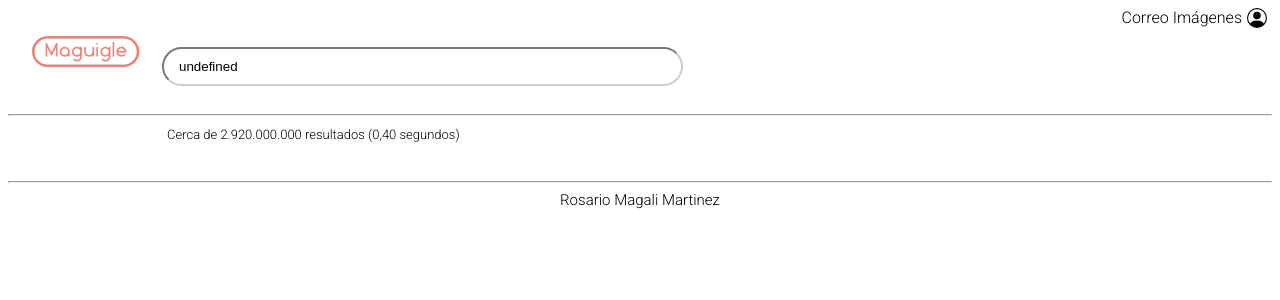
Repository: Rmmartinez/maguigle
Page: maguigle/src/main/resources/static/resultados.html
The author's editor kept a copy of each file at every save. The page is drawn from the files as they stood at one save, then again after the next save.
The browser window is 1280 px wide. The pictures show the whole page.
The page's requests for data from a server got no answer.

Above is the page before, as saved 2023-07-30 20:07:45.

After the next save:
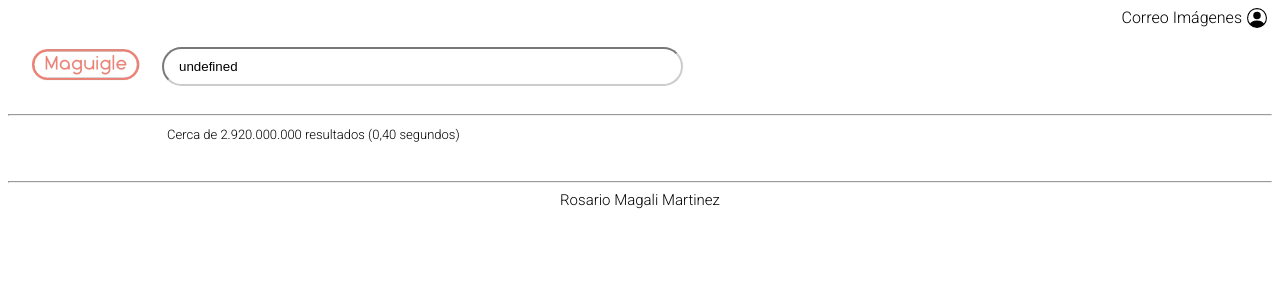
Saved 85 s later.
--- a/maguigle/src/main/resources/static/style.css
+++ b/maguigle/src/main/resources/static/style.css
@@ -23,7 +23,7 @@
     width:110px;
     position: absolute;
     left: 30px;
-    top: 33px;
+    top: 46px;
 }
 
 .buscador{
